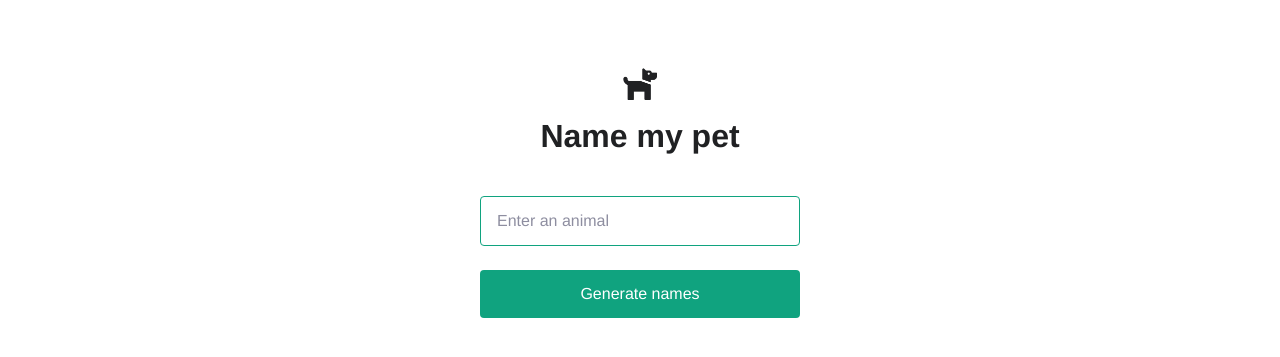
Repository: hamza-mastar/chatgpt-jpbad
Page: /
These files come from the project's save history. The page is drawn as it stood at one moment and after the next save; the edit follows.
The browser window is 1280 px wide. The pictures show the whole page.
Some web fonts or font styles are not loaded; a fallback is used. The project was rebuilt for these pictures with package versions that can differ from the ones it lists, and the page was loaded fresh each time. The framework's server and built-in components were replaced by stand-ins that run in the browser.

Above is the page before, as saved 2023-01-28 23:49:01.

After the next save:
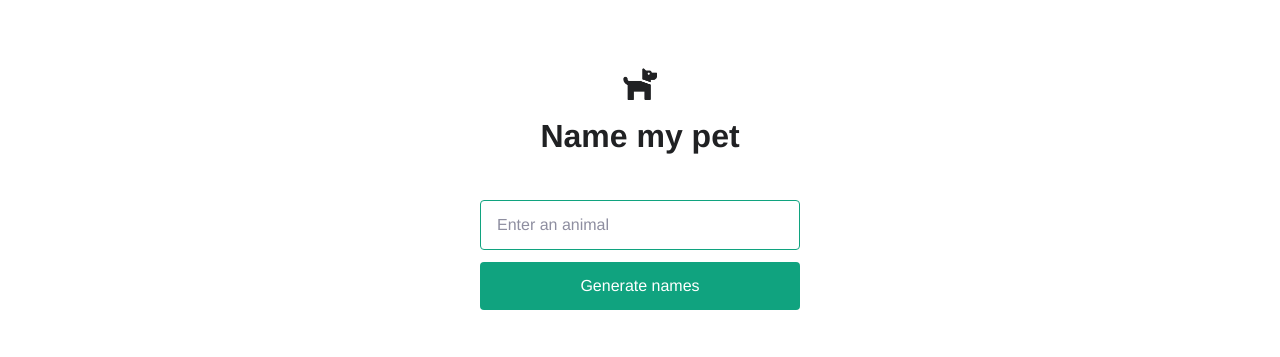
Saved 4 min 12 s later.
--- a/pages/index.module.css
+++ b/pages/index.module.css
@@ -65,3 +65,17 @@
   font-weight: bold;
   margin-top: 40px;
 }
+
+.main .loading {
+  width: 50;
+}
+
+.main input[type="text"],
+.main input[type="number"],
+.main select {
+  padding: 12px 16px;
+  border: 1px solid #10a37f;
+  border-radius: 4px;
+  margin-bottom: 12px;
+  margin-top: 4px;
+}
